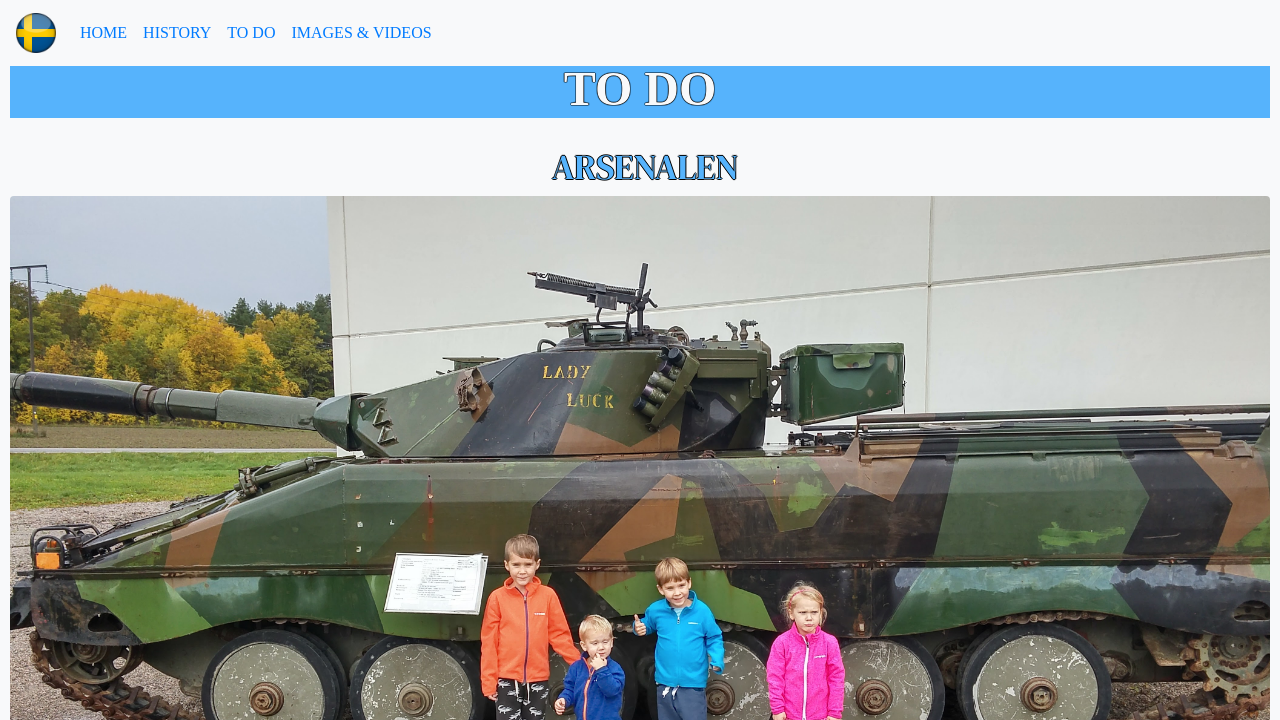
Repository: kososwede/first-project
Page: places.html
The author's editor kept a record of every edit. The page is drawn from the files as they stood at one moment, then again after the next edit.
The browser window is 1280 px wide. The pictures show the whole page.
An inner scrolling area shows only its first screen. Some web fonts or font styles are not loaded; a fallback is used.

Above is the page before.

After the next edit:
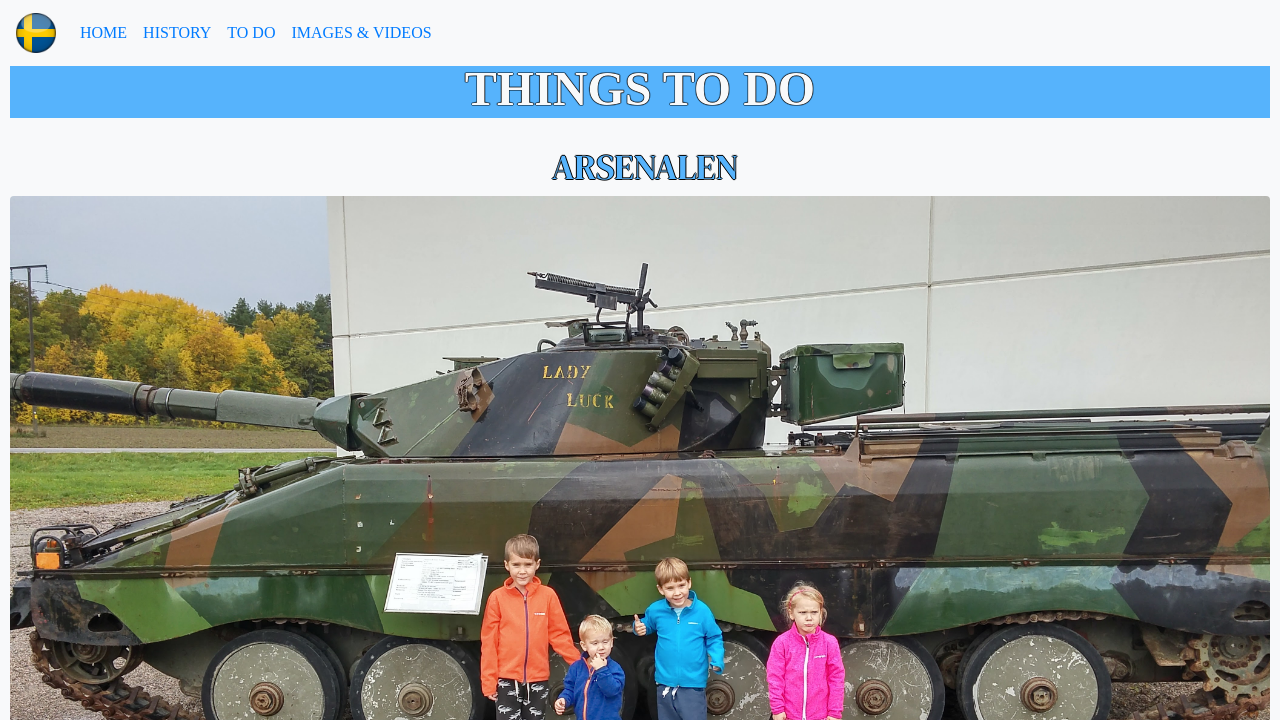
The edit:
--- a/places.html
+++ b/places.html
@@ -38,7 +38,7 @@
   <!---------------main------------------------------------>
 
   <div id="container">
-    <h1 class="to-do">TO DO</h1>
+    <h1 class="to-do">THINGS TO DO</h1>
     <h2 class="to-do-sub-head1">ARSENALEN</h2>
     <div class="row">
       <div class="col-12">
